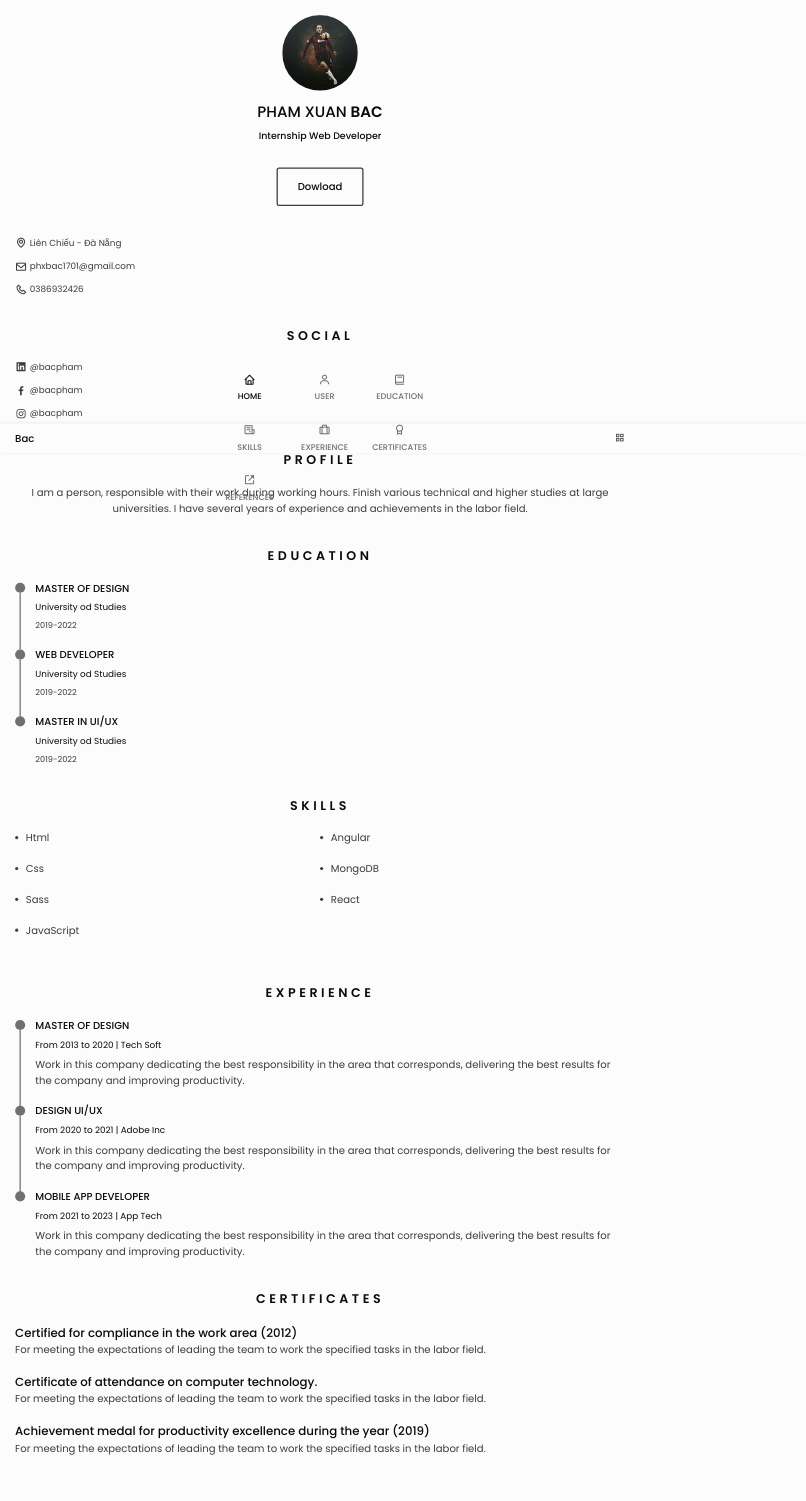
Repository: northpx/myCV
Page: index.html
The author's editor kept a copy of each file at every save. The page is drawn from the files as they stood at one save, then again after a run of saves.
The browser window is 1280 px wide. The pictures show the whole page, at 63% of full size.

Above is the page before, as saved 2023-02-23 12:53:01.

After the next 5 saves:
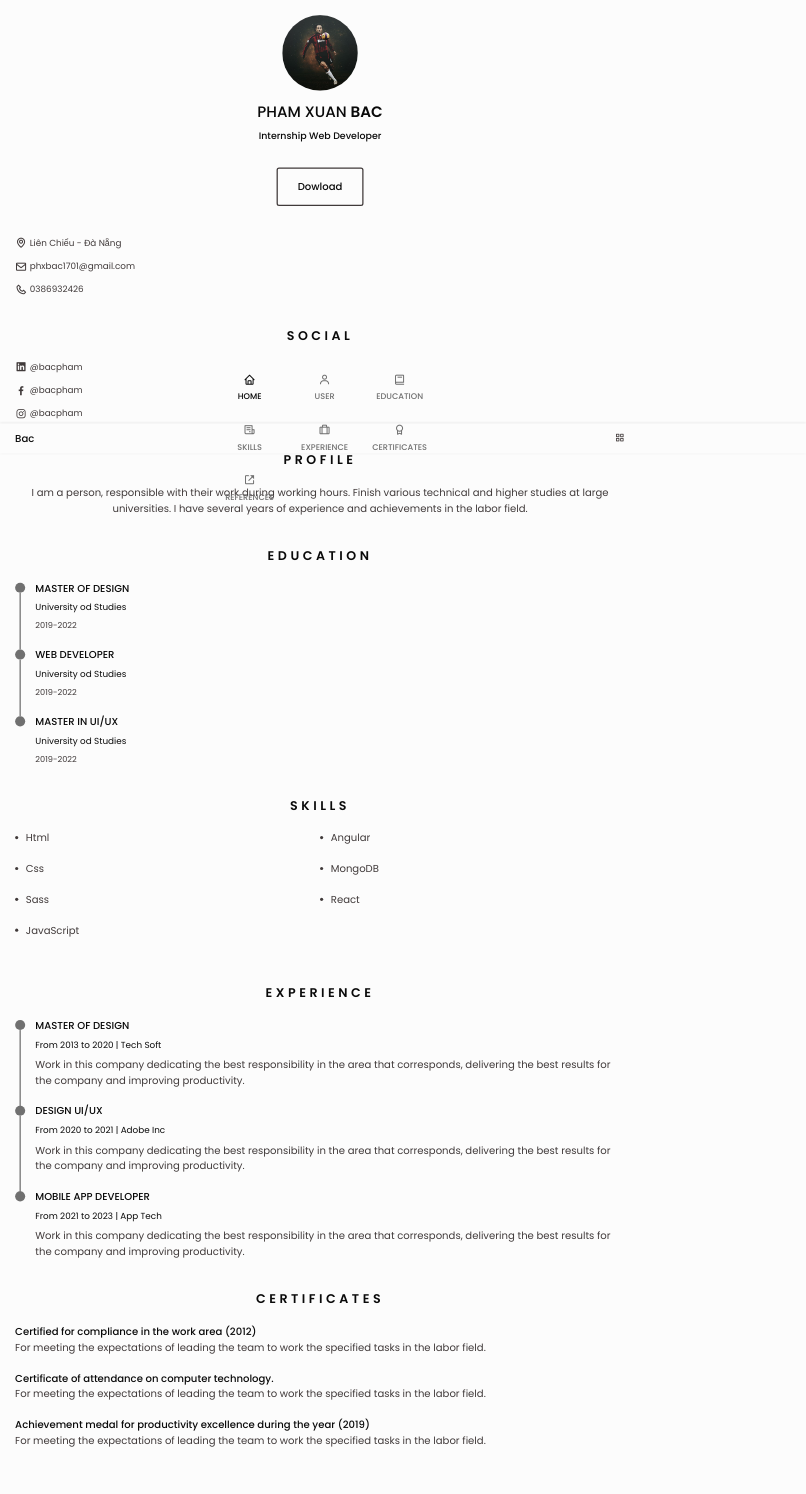
The 5 saves are shown as one change because they came seconds apart.
The last was saved 11 s later.
--- a/src/css/styles.css
+++ b/src/css/styles.css
@@ -319,4 +319,7 @@ img{
     margin-right: .75rem;
 }
 
-.cer
+.certificate__title{
+    font-size: var(--h3-font-size);
+
+}
